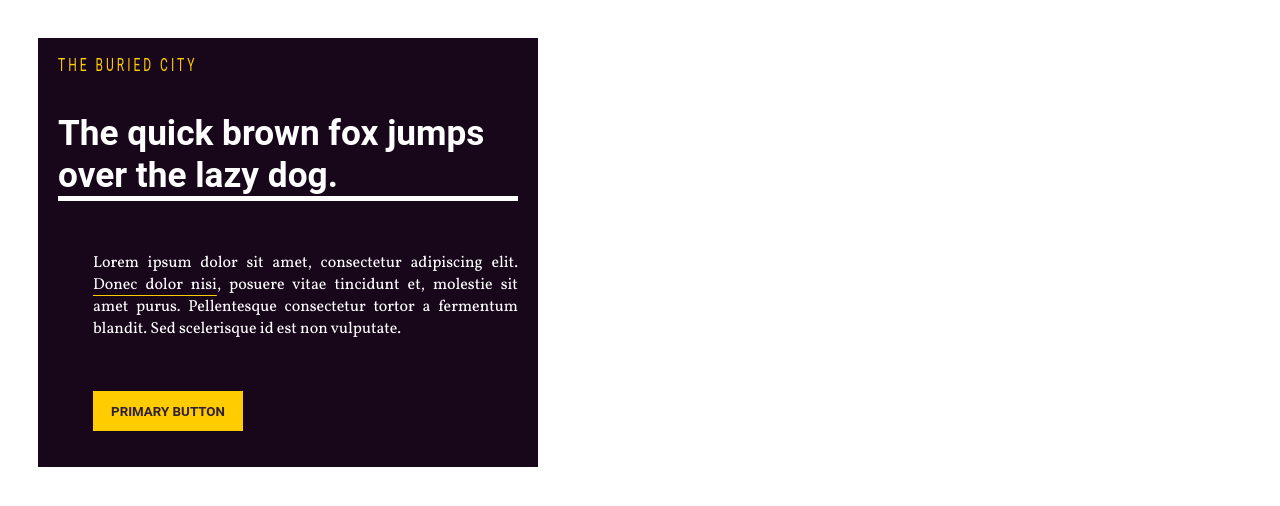
Repository: rafigabriel/TP2---Web-I
Page: ex03-css/index.html
The author's editor kept a copy of each file at every save. The page is drawn from the files as they stood at one save, then again after the next save.
The browser window is 1280 px wide. The pictures show the whole page.

Above is the page before, as saved 2024-09-09 18:24:21.

### ex03-css/index.html
<!DOCTYPE html>
<html lang="pt-br">
    <head>
        <meta charset="UTF-8">
        <meta name="viewport" content="width=device-width, initial-scale=1.0">
        <title>Exercicio 3</title>
        <link rel="stylesheet" href="style.css">
        <link rel="preconnect" href="https://fonts.googleapis.com">
        <link rel="preconnect" href="https://fonts.gstatic.com" crossorigin>
        <link
            href="https://fonts.googleapis.com/css2?family=Roboto+Condensed:ital,wght@0,100..900;1,100..900&display=swap"
            rel="stylesheet">
        <link rel="preconnect" href="https://fonts.googleapis.com">
        <link rel="preconnect" href="https://fonts.gstatic.com" crossorigin>
        <link
            href="https://fonts.googleapis.com/css2?family=Vollkorn:ital,wght@0,400..900;1,400..900&display=swap"
            rel="stylesheet">

    </head>
    <body>
        <div id="container">
            <p id="secao">The buried city</p>
            <h1>The quick brown fox jumps over the lazy dog.</h1>
            <p>Lorem ipsum dolor sit amet, consectetur adipiscing elit. <a
                    id="link"
                    href="#">Donec dolor nisi</a>, posuere vitae tincidunt et,
                molestie sit amet purus. Pellentesque consectetur tortor a
                fermentum
                blandit. Sed scelerisque id est non vulputate.</p>
            <p>
                <button>Primary button</button>
            </p>

        </div>

    </body>
</html>

### ex03-css/style.css
body{
    width: 500px;
    color: #231900;
    padding: 30px;
}

#container{
    background-color: #18071B;
    padding: 20px;
}

h1{
    font-size: 2.2em;
    font-family: "Roboto", sans-serif;
    font-style: normal;
    font-weight: 700;
    color: white;
    margin-bottom: 0;
    margin-top: 40px;
    border-bottom: 5px solid white;
}
p{
    text-align: justify;
    padding: 35px;
    padding-right: 0;
    padding-bottom: 0;
    font-family: "Vollkorn", serif;
    font-weight: 400;
    font-style: normal;
    font-size: 1em;
    color: white;
}

#secao{
    padding: 0;
    font-family: "Roboto", sans-serif;
    font-style: normal;
    font-weight: 400;
    font-size: 0.75em;
    color: #FFCC00;
    letter-spacing: 0.25em;
    margin-top: auto;
    text-transform: uppercase;
    transform: scale(1,1.5);
}

#link{
    font-family: "Vollkorn", serif;
    font-weight: 400;
    color: white;
    text-decoration: underline;
    text-decoration-color: #FFCC00;
    text-decoration-thickness:1px ;
    text-underline-offset: 6px;
}

button{
    display: block;
    background-color: #FFCC00;
    color: #2F2032;
    width: 150px;
    height: 40px;
    border: none;
    font-weight: 700;
    margin-top: 0px;
    font-family: "Roboto", sans-serif;
    text-transform: uppercase;
    text-align: center;
    margin-bottom: 0px;
}

After the next save:
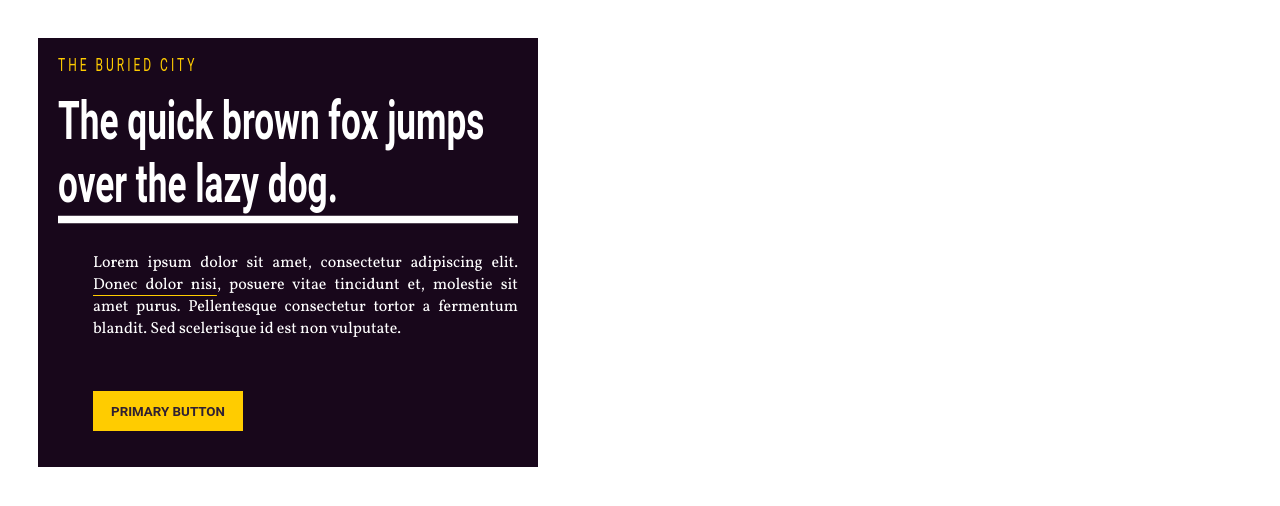
Saved 18 s later.
--- a/ex03-css/style.css
+++ b/ex03-css/style.css
@@ -18,6 +18,7 @@ h1{
     margin-bottom: 0;
     margin-top: 40px;
     border-bottom: 5px solid white;
+    transform: scale(1,1.5);
 }
 p{
     text-align: justify;
